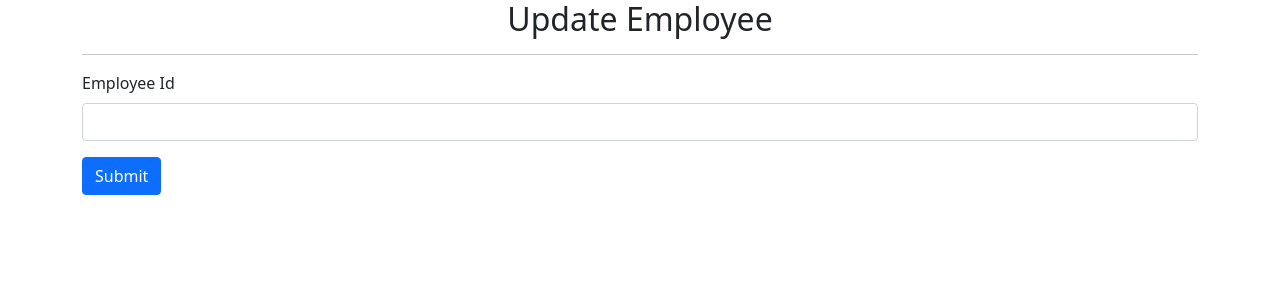
Repository: bhatideepak599/JspServlets
Page: http://localhost/10-student-mvc-db/delect-Employee.jsp
These files come from the project's save history. The page is drawn as it stood at one moment and after the next save; the edit follows.
The browser window is 1280 px wide. The pictures show the whole page.
The page is served by Tomcat 9. Other server files are loaded and not shown.

Above is the page before, as saved 2024-07-17 09:52:22.

### 10-student-mvc-db/WebContent/delect-Employee.jsp
<%@ page language="java" contentType="text/html; charset=ISO-8859-1"
	pageEncoding="ISO-8859-1"%>
<!DOCTYPE html>
<html>
<head>
<meta charset="ISO-8859-1">
<title>Update Employee</title>
<link
	href="https://cdn.jsdelivr.net/npm/bootstrap@5.0.2/dist/css/bootstrap.min.css"
	rel="stylesheet"
	integrity="sha384-EVSTQN3/azprG1Anm3QDgpJLIm9Nao0Yz1ztcQTwFspd3yD65VohhpuuCOmLASjC"
	crossorigin="anonymous">
<script
	src="https://cdn.jsdelivr.net/npm/bootstrap@5.0.2/dist/js/bootstrap.bundle.min.js"
	integrity="sha384-MrcW6ZMFYlzcLA8Nl+NtUVF0sA7MsXsP1UyJoMp4YLEuNSfAP+JcXn/tWtIaxVXM"
	crossorigin="anonymous"></script>
</head>
<body>
	<div class="container">

		<div class="text-center">

			<p class="h2">Update Employee</p>

		</div>
		<hr>
		<form action ="Student">
			<input type="hidden" name="command" value="update"/>
				<div class="mb-3">
				<label for="Id" class="form-label">Employee Id</label> <input type="text" class="form-control"
					id="Id" name="Id" >

			</div>

			<button type="submit" class="btn btn-primary">Submit</button>
		</form>

	</div>

</body>
</html>

After the next save:
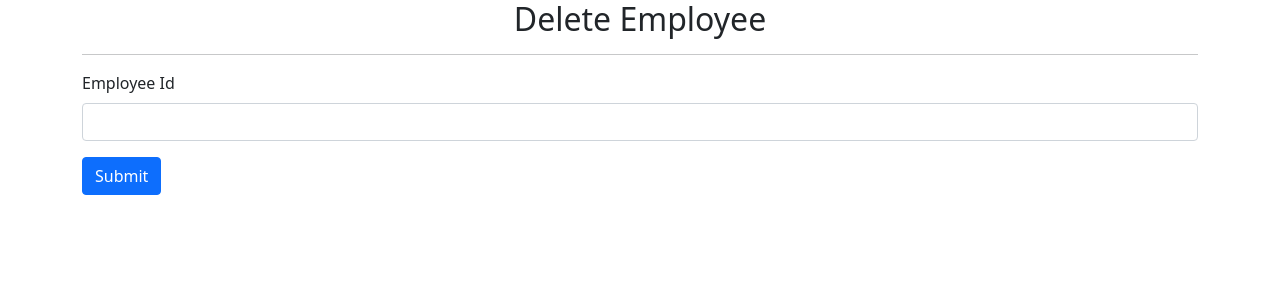
Saved 18 s later.
--- a/10-student-mvc-db/WebContent/delect-Employee.jsp
+++ b/10-student-mvc-db/WebContent/delect-Employee.jsp
@@ -4,7 +4,7 @@
 <html>
 <head>
 <meta charset="ISO-8859-1">
-<title>Update Employee</title>
+<title>Delete Employee Page</title>
 <link
 	href="https://cdn.jsdelivr.net/npm/bootstrap@5.0.2/dist/css/bootstrap.min.css"
 	rel="stylesheet"
@@ -20,7 +20,7 @@
 
 		<div class="text-center">
 
-			<p class="h2">Update Employee</p>
+			<p class="h2">Delete Employee</p>
 
 		</div>
 		<hr>
